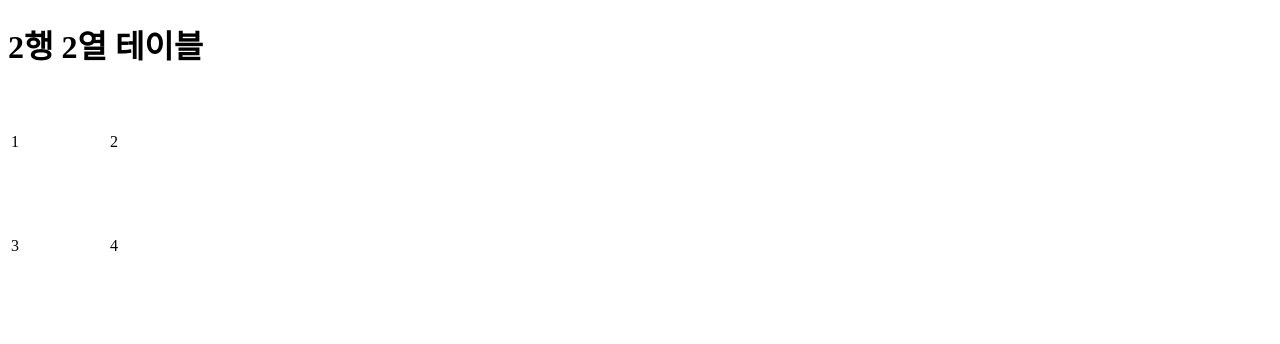
Repository: Chun0903/classStudy_github.io
Page: client/ClientTest/WebContent/ex13_table.html
An editor plug-in stored every save of this project. The page is shown before and after a run of saves, followed by the edit.
The browser window is 1280 px wide. The pictures show the whole page.

Above is the page before, as saved 2020-06-19 07:18:05.

### client/ClientTest/WebContent/ex13_table.html
<!DOCTYPE html>
<html>
<head>
<meta charset="UTF-8">
<title>Insert title here</title>
</head>
<body>

	<!--

		<table>, 표
		- 표 만들 떄 사용
		- 레이아웃 만들 때 사용 -> 잘 안씀 -> <div> + CSS 사용

		1. <table>
			- 큰상자
			- 전체 컨테이너
		2. <tr>
			- 중간 상자
			- 행 역할
		3. <td>
			- 작은상자
			- 셀 역할
			- 테이블의 데이터는 <td>가 가진다.
	-->

	<h1>2행 2열 테이블</h1>

	<table border="0" width="200" height="200">
		<tr>
			<td width="100" height="100">1</td>
			<td width="100">2</td>
		</tr>
		<tr>
			<td height="100">3</td>
			<td>4</td>
		</tr>
	</table>






</body>
</html>

After the next 2 saves:
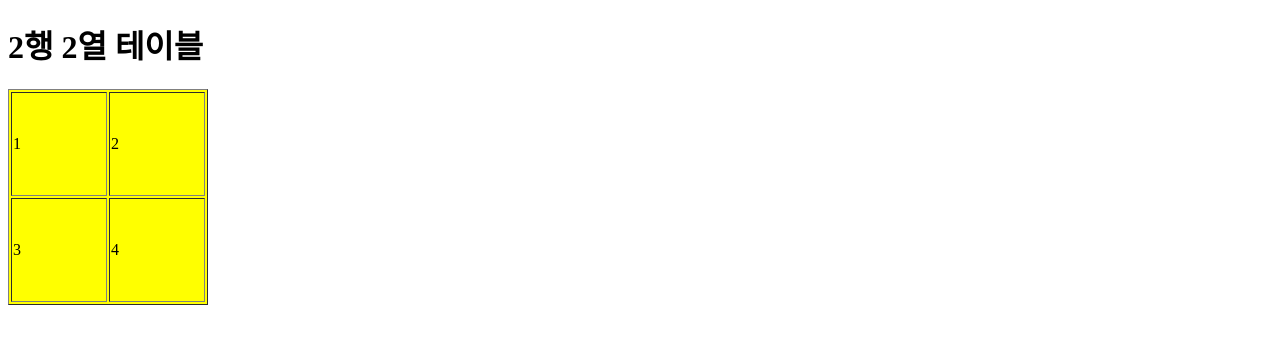
The 2 saves are shown as one change because they came seconds apart.
The last was saved 41 s later.
--- a/client/ClientTest/WebContent/ex13_table.html
+++ b/client/ClientTest/WebContent/ex13_table.html
@@ -26,7 +26,7 @@
 
 	<h1>2행 2열 테이블</h1>
 
-	<table border="0" width="200" height="200">
+	<table border="1" width="200" height="200" bgcolor="yellow">
 		<tr>
 			<td width="100" height="100">1</td>
 			<td width="100">2</td>
